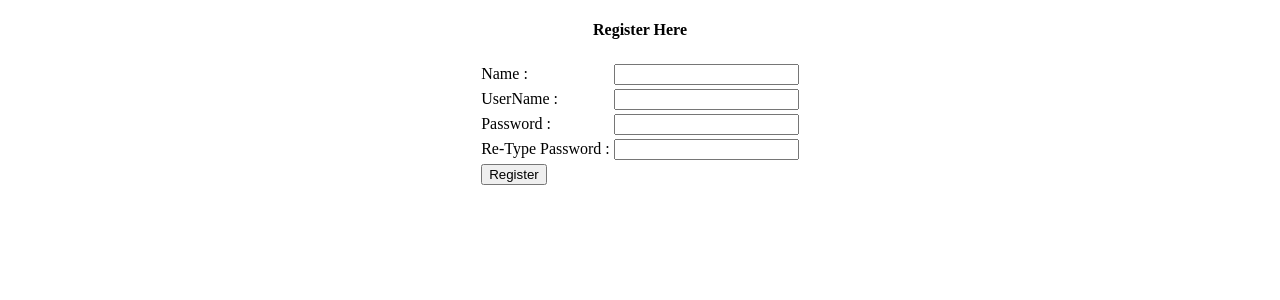
Repository: ShegokarSneha/Login-Registration
Page: http://localhost/LoginRegistration/Register.jsp
The author's editor kept a copy of each file at every save. The page is drawn from the files as they stood at one save, then again after the next save.
The browser window is 1280 px wide. The pictures show the whole page.
The page is served by Tomcat 9. Other server files are loaded and not shown.

Above is the page before, as saved 2019-07-09 04:45:27.

### LoginRegistration/WebContent/Register.jsp
<%@ page language="java" contentType="text/html; charset=UTF-8"
	pageEncoding="UTF-8"%>
<!DOCTYPE html>
<html>
<head>
<meta charset="UTF-8">
<title>Insert title here</title>
</head>
<body>
	<center>
	<h4>Register Here</h4>
		<form action="Registration">
			<table>

				<tr>
					<td>Name :</td>
					<td><input type="text" name="name"></td>
				<tr>
					<td>UserName :</td>
					<td><input type="text" name="username"></td>
				<tr>
					<td>Password :</td>
					<td><input type="password" name="password"></td>
				<tr>
					<td>Re-Type Password :</td>
					<td><input type="password" name="password"></td>
				<tr>
					<td><input type="Submit" name="Submit" value="Register">
						</td>
			</table>
		</form>
	</center>
</body>
</html>

After the next save:
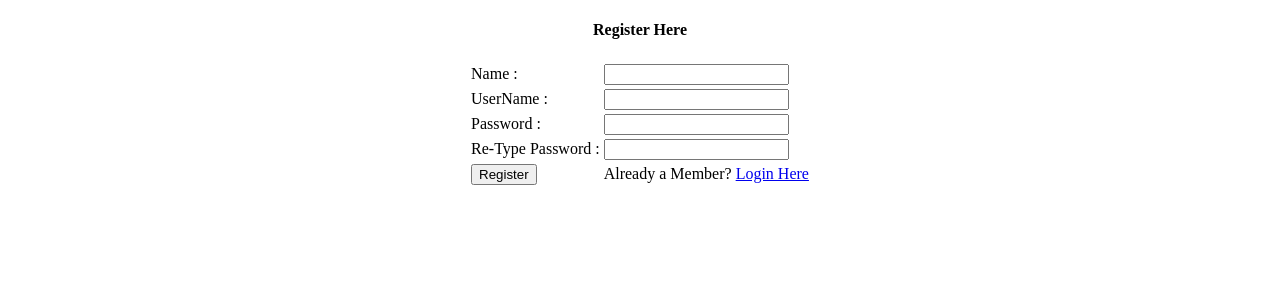
Saved 80 s later.
--- a/LoginRegistration/WebContent/Register.jsp
+++ b/LoginRegistration/WebContent/Register.jsp
@@ -27,6 +27,7 @@
 				<tr>
 					<td><input type="Submit" name="Submit" value="Register">
 						</td>
+						<td>Already a Member? <a href="Login.jsp">Login Here</a></td>
 			</table>
 		</form>
 	</center>
